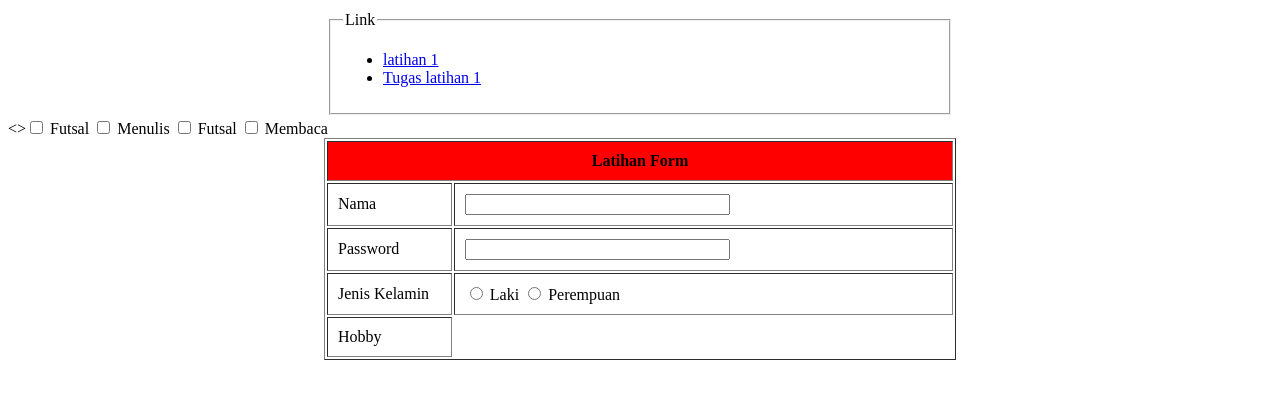
Repository: AHSANS354/tugas-sib5
Page: latihanform.html
An editor plug-in stored every save of this project. The page is shown before and after the next save, followed by the edit.
The browser window is 1280 px wide. The pictures show the whole page.

Above is the page before, as saved 2023-08-21 11:39:44.

### latihanform.html
<!DOCTYPE html>
<html lang="en">
  <head>
    <meta charset="UTF-8" />
    <meta name="viewport" content="width=device-width, initial-scale=1.0" />
    <title>Document</title>
  </head>
  <body>
    <table width="50%" align="center">
      <tr>
        <td>
          <fieldset>
            <legend>Link</legend>
            <ul>
              <li>
                <a href="/latihan1.html" target="_blank">latihan 1</a>
              </li>
              <li>
                <a href="/list.html" target="_blank">Tugas latihan 1</a>
              </li>
            </ul>
          </fieldset>
        </td>
      </tr>
    </table>

    <table border="1" width="50%" align="center" cellpadding="10">
      <tr>
        <th colspan="2" bgcolor="red">Latihan Form</th>
      </tr>
      <tr>
        <td width="20%">Nama</td>
        <td>
          <input type="text" size="30" />
        </td>
      </tr>
      <tr>
        <td width="20%">Password</td>
        <td>
          <input type="password" size="30" />
        </td>
      </tr>
      <tr>
        <td width="20%">Jenis Kelamin</td>
        <td><input type="radio" name="jk" value="L" /> Laki <input type="radio" name="jk" value="P" /> Perempuan</td>
      </tr>
      <tr>
        <td width="20%">Hobby</td>
        <><input type="checkbox" name="hb" value="futsal" /> Futsal <input type="checkbox" name="hb" value="Menulis" /> Menulis
        <input type="checkbox" name="hb" value="futsal" /> Futsal <input type="checkbox" name="hb" value="Membaca" /> Membaca</td>
      </tr>
    </table>
  </body>
</html>

After the next save:
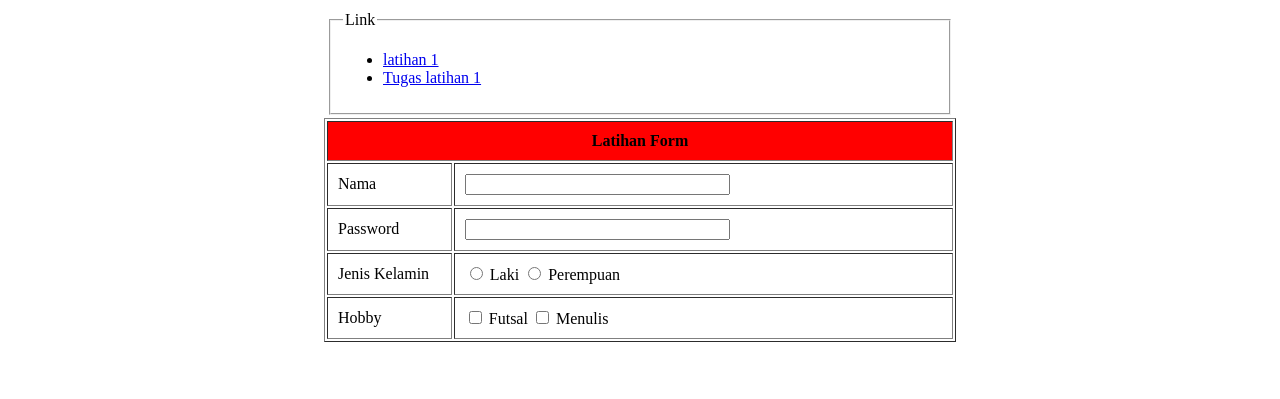
Saved 16 s later.
--- a/latihanform.html
+++ b/latihanform.html
@@ -46,8 +46,7 @@
       </tr>
       <tr>
         <td width="20%">Hobby</td>
-        <><input type="checkbox" name="hb" value="futsal" /> Futsal <input type="checkbox" name="hb" value="Menulis" /> Menulis
-        <input type="checkbox" name="hb" value="futsal" /> Futsal <input type="checkbox" name="hb" value="Membaca" /> Membaca</td>
+        <td><input type="checkbox" name="hb" value="futsal" /> Futsal <input type="checkbox" name="hb" value="Menulis" /> Menulis</td>
       </tr>
     </table>
   </body>
